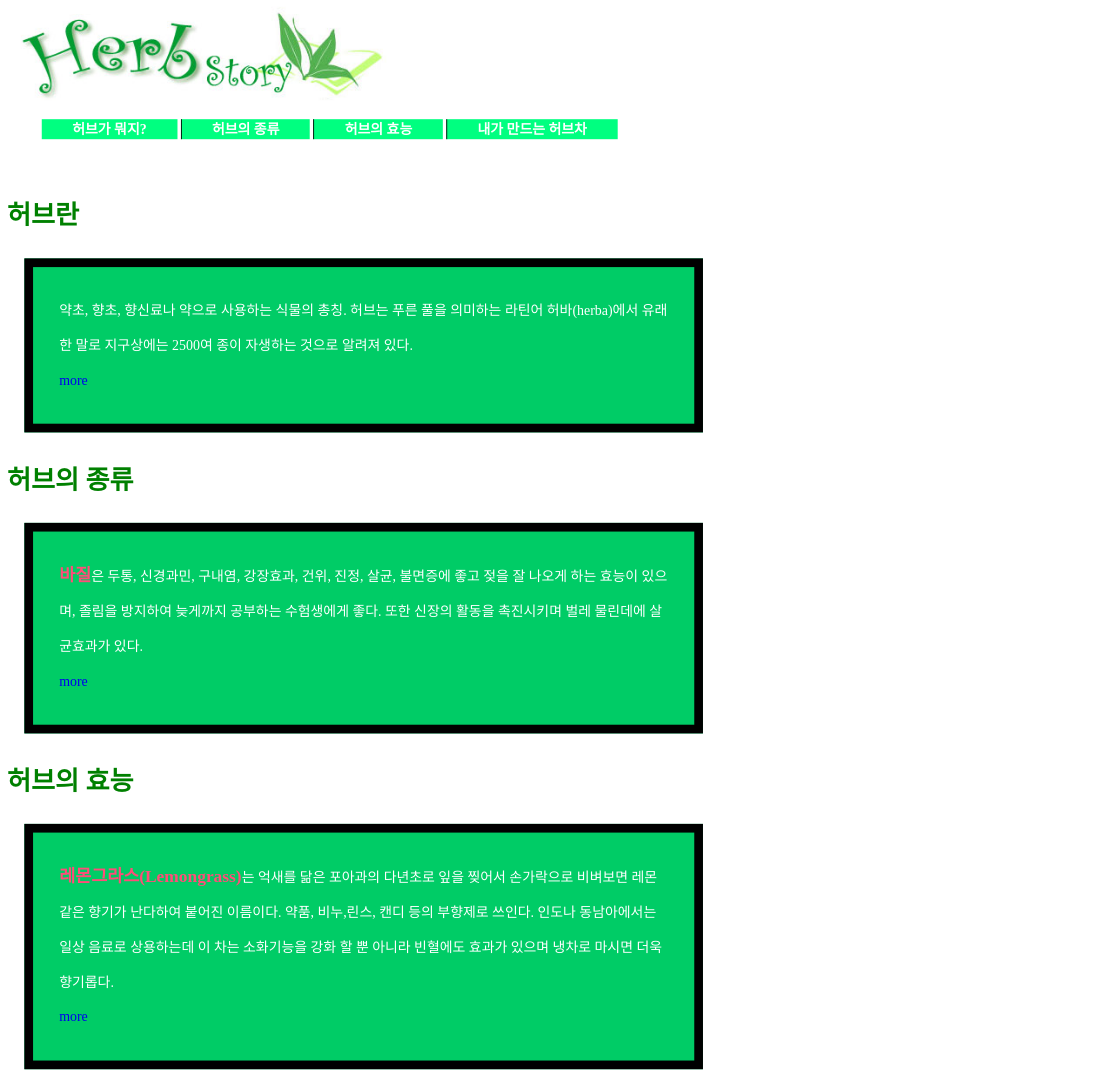
Repository: RyuJelly/java_web
Page: CSS/WebContent/exam2/menu.htm
The author's editor kept a copy of each file at every save. The page is drawn from the files as they stood at one save, then again after the next save.
The browser window is 1280 px wide. The pictures show the whole page, at 87% of full size.

Above is the page before, as saved 2021-03-08 01:14:09.

### CSS/WebContent/exam2/menu.htm
<!DOCTYPE HTML PUBLIC "-//W3C//DTD HTML 4.01//EN" "http://www.w3.org/TR/html4/strict.dtd">
<html>
<head>
<meta http-equiv="Content-Type" content="text/html; charset=UTF-8">
<title>Herb Story</title>
<style type="text/css">
	#pipe li{
		display: inline;
		background-color: #00ff80;
		border-left: 1px solid #000;
		padding: 3px 15px;
	}
	#pipe li.first{
		border-left: none;
	}

	#pipe a{
		padding: 20px;
		text-decoration: none;
		color: white;
		font-weight: bold;
	}
	h3{
		font-size: 30px;
		color: green;
	}
	p.box{
		width: 700px;
		background-color: #00cc66;
		color: white;
		line-height: 40px;
		border: 10px solid;
		border-color: black;
		margin: 20px;
		padding: 30px;
	}
	.box > strong {
		font-size: 20px;
		color: #ff4d79;
	}
	.more > a{
		text-align: right;
		text-decoration: none;
	}


</style>
</head>
<body>
<a href="index_hor6.htm"><img src="images/herblogo.jpg" border="0"></a>
 <ul id="pipe">
  <li class="first"><a href="#">허브가 뭐지?</a></li>
  <li><a href="#">허브의 종류</a></li>
  <li><a href="#">허브의 효능</a></li>
  <li><a href="#">내가 만드는 허브차</a></li>
 </ul>
<br>
<h3>허브란</h3>
<p class="box">약초, 향초, 향신료나 약으로 사용하는 식물의 총칭. 허브는 푸른 풀을 의미하는 라틴어 허바(herba)에서 유래한 말로 지구상에는 2500여 종이 자생하는 것으로 알려져 있다.<br>
<span class="more"><a href="#">more</a></span></p>
<h3>허브의 종류</h3>
<p class="box"><strong>바질</strong>은 두통, 신경과민, 구내염, 강장효과, 건위, 진정, 살균, 불면증에 좋고 젖을 잘 나오게 하는 효능이 있으며, 졸림을 방지하여 늦게까지 공부하는 수험생에게 좋다. 또한 신장의 활동을 촉진시키며 벌레 물린데에 살균효과가 있다.<br><span class="more"><a href="#">more</a></span></p>
<h3>허브의 효능</h3>
<p class="box"><strong>레몬그라스(Lemongrass)</strong>는 억새를 닮은 포아과의 다년초로 잎을 찢어서 손가락으로 비벼보면 레몬같은 향기가 난다하여 붙어진 이름이다. 약품, 비누,린스, 캔디 등의 부향제로 쓰인다. 인도나 동남아에서는 일상 음료로 상용하는데 이 차는 소화기능을 강화 할 뿐 아니라 빈혈에도 효과가 있으며 냉차로 마시면 더욱 향기롭다.<br> <span class="more"><a href="#">more</a></span></p>
</body>
</html>

After the next save:
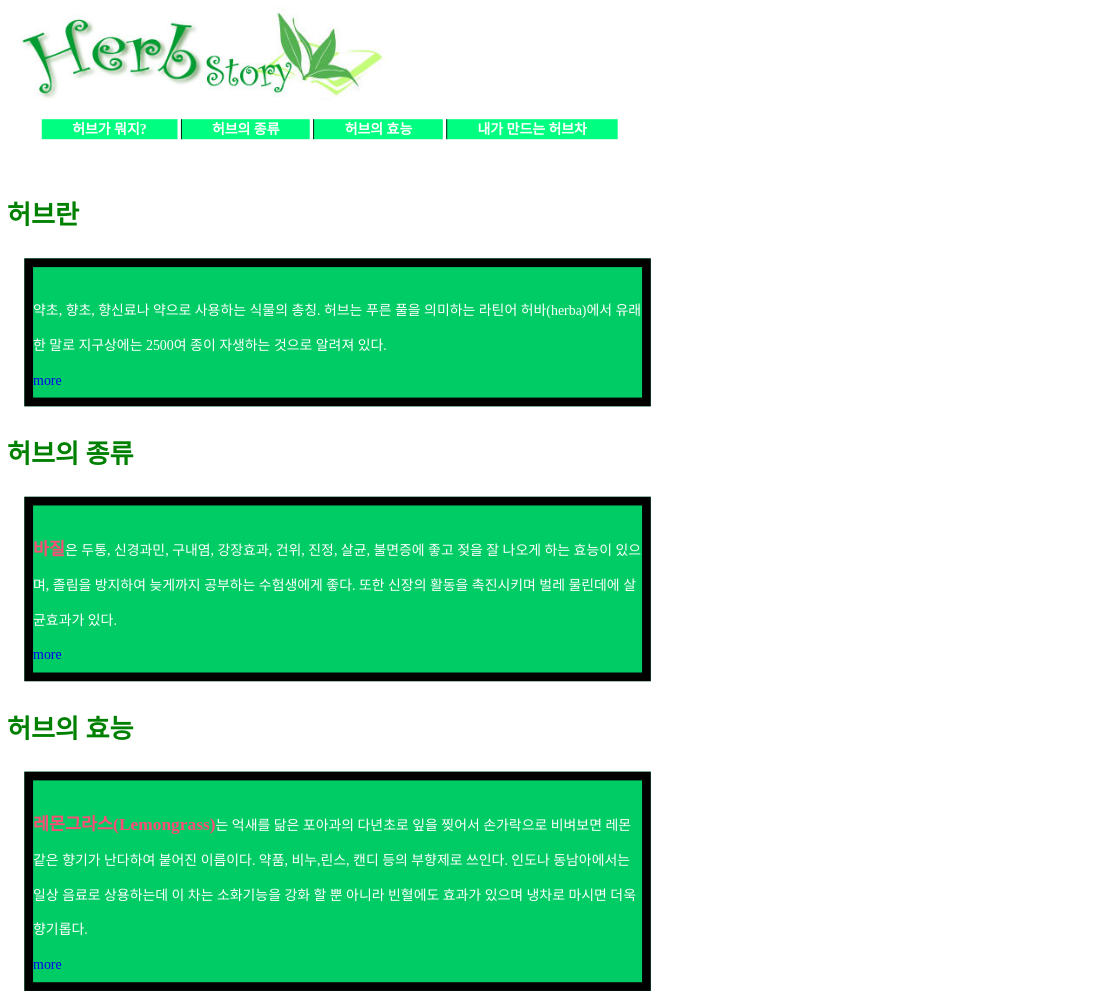
Saved 3 min 7 s later.
--- a/CSS/WebContent/exam2/menu.htm
+++ b/CSS/WebContent/exam2/menu.htm
@@ -32,7 +32,7 @@
 		border: 10px solid;
 		border-color: black;
 		margin: 20px;
-		padding: 30px;
+		padding-top: 30px;
 	}
 	.box > strong {
 		font-size: 20px;

After the save that followed:
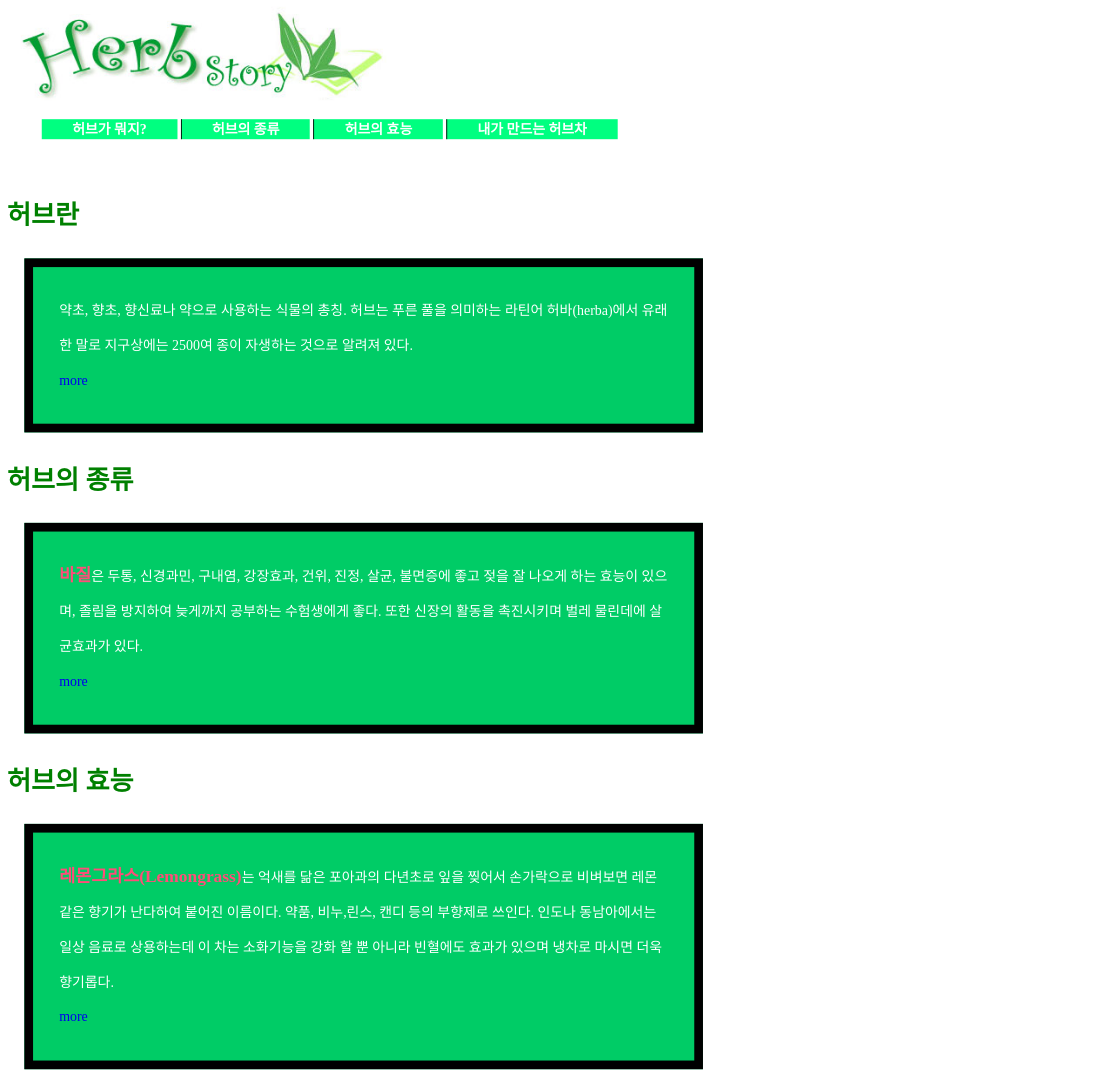
Saved 15 s later.
--- a/CSS/WebContent/exam2/menu.htm
+++ b/CSS/WebContent/exam2/menu.htm
@@ -32,7 +32,7 @@
 		border: 10px solid;
 		border-color: black;
 		margin: 20px;
-		padding-top: 30px;
+		padding: 30px;
 	}
 	.box > strong {
 		font-size: 20px;
